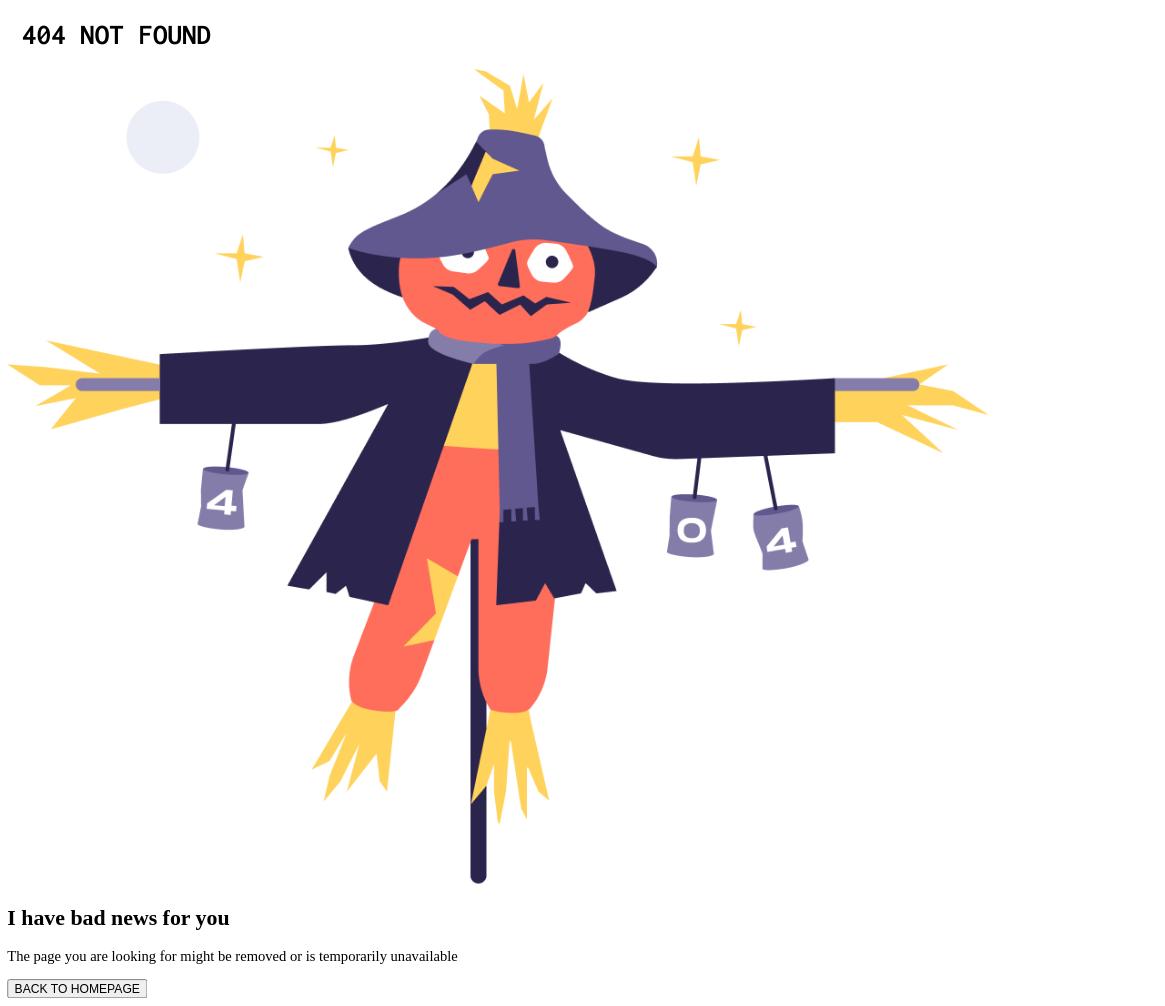
Repository: kellyalves87/404_not_found
Page: index.html
An editor plug-in stored every save of this project. The page is shown before and after the next save, followed by the edit.
The browser window is 1280 px wide. The pictures show the whole page, at 91% of full size.

Above is the page before, as saved 2021-05-16 14:43:57.

After the next save:
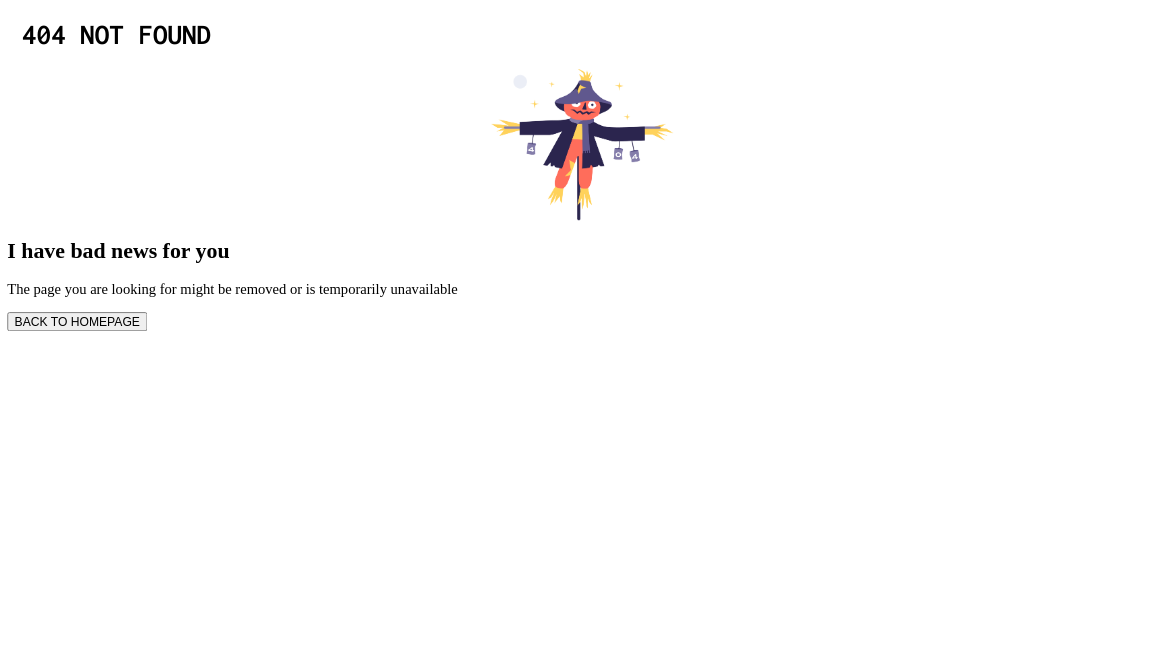
Saved 7 s later.
--- a/style/index.css
+++ b/style/index.css
@@ -6,7 +6,7 @@
     margin: 1rem;
 }
 
-.image {
+img {
     display: flex;
     margin: auto;
     width: 200px;
